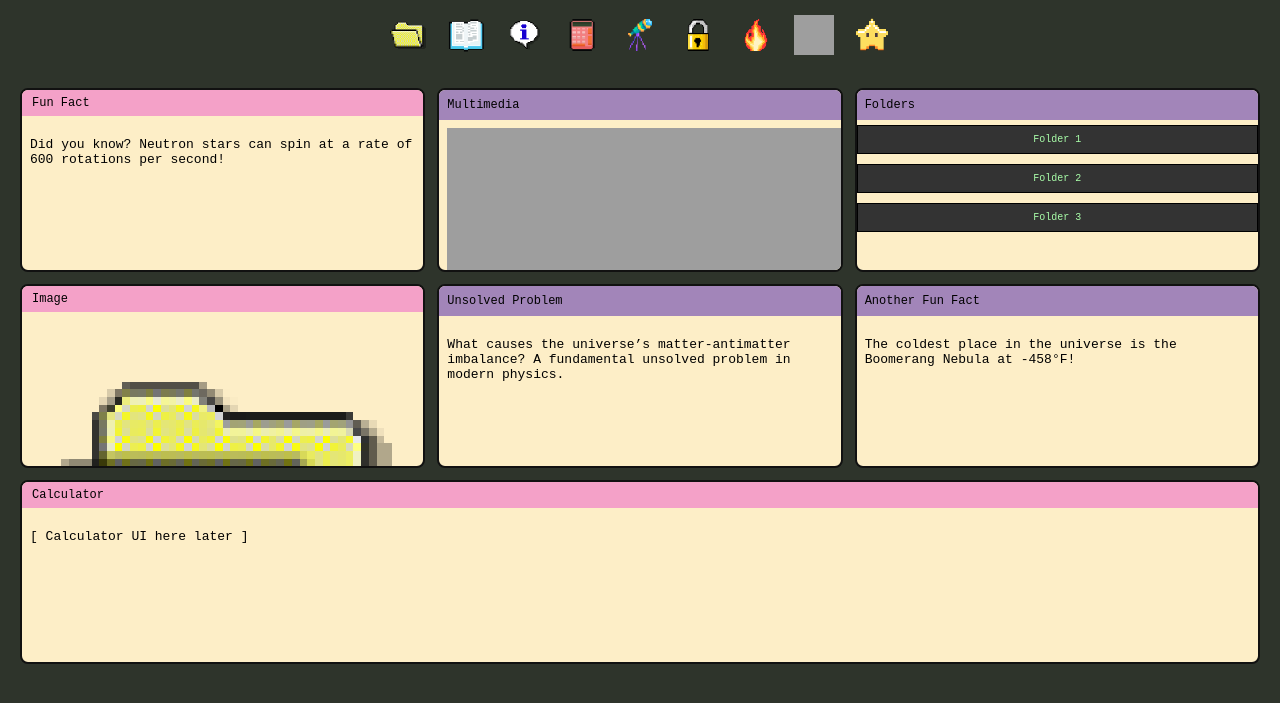
Repository: scarfer14/CCPHYS2L_Project
Page: /dashboard
These files come from the project's save history. The page is drawn as it stood at one moment and after a run of saves; the edit follows.
The browser window is 1280 px wide. The pictures show the whole page.
Pictures or frames that could not be fetched are drawn as grey boxes. The project was rebuilt for these pictures with package versions that can differ from the ones it lists, and the page was loaded fresh each time. Also part of the build but not shown: vite.config.js, src/astartsc/start.jsx.

Above is the page before, as saved 2025-05-29 00:02:05.

### index.html
<!doctype html>
<html lang="en">
  <head>
    <meta charset="UTF-8" />
    <link rel="icon" type="image/svg+xml" href="/gal.png" />
    <meta name="viewport" content="width=device-width, initial-scale=1.0" />
    <title>Physics Blast</title>
  </head>
  <link href="https://fonts.googleapis.com/css2?family=Orbitron:wght@500&family=Press+Start+2P&display=swap" rel="stylesheet">
  <body>
    <div id="root"></div>
    <script type="module" src="/src/main.jsx"></script>
  </body>
</html>

### src/index.css
:root {
  font-family: 'Press Start 2P', monospace;
  background-color: #2e342b;
  margin: 0;
  padding: 0;
  box-sizing: border-box;
}

body, html {
  margin: 0;
  padding: 0;
  width: 100%;
  height: 100%;
}

### src/App.jsx
import React from 'react';
import { BrowserRouter as Router, Routes, Route } from 'react-router-dom';

import Start from './astartsc/start';
import Dash from './bdashsc/dashnavbar';
import Dashbody from './bdashsc/dashbody';

function Unlock() {
  return (
    <div>
      <Start />
    </div>
  );
}

function Dashboard() {
  return (
    <div>
      <Dash />
      <Dashbody />
    </div>
  );
}

function App() {
  return (
    <Router>
      <Routes>
        <Route path="/" element={<Unlock />} />
        <Route path="/unlock" element={<Unlock />} />
        <Route path="/dashboard" element={<Dashboard />} />
      </Routes>
    </Router>
  );
}

export default App;

### src/bdashsc/dashnavbar.jsx
import React from 'react';
import { useNavigate } from 'react-router-dom';
import './dashnavbar.css';

const icons = [
  'folder', 'book', 'email', 'calc', 'cat',
  'lock', 'fire', 'info', 'star'
];

export default function DashNavbar() {
  return (
    <div className="dash-navbar">
      {icons.map((icon, index) => (
        <button key={index} className="icon-button" title={icon}>
          <img src={`/assets/icons/${icon}.png`} alt={icon} />
        </button>
      ))}
    </div>
  );
}

### src/bdashsc/dashbody.jsx
import React from 'react';
import './dashbody.css';

export default function DashBody() {
  return (
    <div className="dashboard-content">

      <div className="tab fun-fact">
        <div className="tab-header">Fun Fact</div>
        <p>Did you know? Neutron stars can spin at a rate of 600 rotations per second!</p>
      </div>

      <div className="tab multimedia">
        <div className="tab-header1">Multimedia</div>
        <iframe
          src="https://www.youtube.com/embed/pSHVbLPWA28"
          title="Physics Video"
          allowFullScreen
        ></iframe>
      </div>

      <div className="tab folders">
        <div className="tab-header1">Folders</div>
        <button>Folder 1</button>
        <button>Folder 2</button>
        <button>Folder 3</button>
      </div>

      <div className="tab image">
        <div className="tab-header">Image</div>
        <img src="/assets/icons/folder.png" alt="Sample" />
      </div>

      <div className="tab physics-problem">
        <div className="tab-header1">Unsolved Problem</div>
        <p>
          What causes the universe’s matter-antimatter imbalance? A fundamental unsolved problem in modern physics.
        </p>
      </div>

      <div className="tab fun-fact-2">
        <div className="tab-header1">Another Fun Fact</div>
        <p>The coldest place in the universe is the Boomerang Nebula at -458°F!</p>
      </div>

      <div className="tab calculator">
        <div className="tab-header">Calculator</div>
        <p>[ Calculator UI here later ]</p>
      </div>

    </div>
  );
}

### src/astartsc/start.css
/* Import pixel font */
@import url('https://fonts.googleapis.com/css2?family=Press+Start+2P&display=swap');

body {
  margin: 0;
  background: #2e342b;
  font-family: 'Press Start 2P', monospace;
}

/* Fullscreen CRT screen */
.screen {
  width: 100vw;
  height: 100vh;
  background-color: #2e342b;
  padding: 40px; /* simulates the border spacing */
  display: flex;
  flex-direction: column;
  align-items: center;
  justify-content: center;
  box-shadow:
    0 0 60px 20px rgba(0, 0, 0, 0.6),         /* outer soft black glow */
    inset 0 0 200px rgba(0, 0, 0, 0.9),       /* deep vignette */
    inset 0 0 80px rgba(0, 0, 0, 0.7);        /* soft black inner edge */
  position: relative;
  text-align: center;
  box-sizing: border-box;
  overflow: hidden;
  border-radius: 12px; /* Optional CRT curve */
}

/* Text styling */
.welcome {
  color: #99ff99;
  margin-bottom: 10px;
  font-size: 20px;
  margin-bottom: 25px;
}

.title {
  color: #99ff99;
  font-size: 80px;
  line-height: 1.2;
  margin-bottom: 20px;
}

/* Retro button */
.unlock-btn {
  font-size: 15px;
  background-color: transparent;
  color: #aaffaa;
  border: 1px solid #aaffaa;
  padding: 6px 12px;
  cursor: pointer;
  margin-top: 100px;
  animation: blink 1s infinite alternate;
  font-family: 'Press Start 2P', monospace;
}

.unlock-btn:hover {
  background-color: #333;
}

@keyframes blink {
  from { opacity: 5; }
  to { opacity: 0.4; }
}

### src/bdashsc/dashnavbar.css
.dash-navbar {
  background-color: #2e342b;
  padding: 6px 10px;
  display: flex;
  justify-content: center; /* Centers the icons horizontally */
  gap: 10px;
  align-items: center;
}

.icon-button {
  background: transparent;
  border: transparent;
  padding: 4px;
  cursor: pointer;
  transition: transform 0.1s ease-in-out;
}

.icon-button:hover {
  transform: scale(1.1);
  filter: brightness(1.3);
}

.icon-button img {
  margin-top: 5px;
  width: 40px;
  height: 40px;
  image-rendering: pixelated; /* keeps pixel art look */
}

### src/bdashsc/dashbody.css

.dashboard-content {
  display: flex;
  flex-wrap: wrap;
  justify-content: center;
  padding: 20px;
  gap: 12px;

}

.tab {
  background-color: #fdeec7;
  border: 2px solid #111;
  color: #000000;
  font-family: monospace;
  padding: 0;
  flex: 1 1 28%;
  min-width: 250px;
  height: 180px;
  overflow: hidden;
  border-radius: 8px;
  display: flex;
  flex-direction: column;
}

.tab-header {
  background-color: #f4a1c8;
  color: #000000;
  padding: 6px 10px;
  font-size: 12px;
  text-align: left;
}

.tab > *:not(.tab-header) {
  padding: 8px;
}

.tab-header1 {
  background-color: #a285b9;
  color: #000000;
  padding: 6px 10px;
  font-size: 12px;
  text-align: left;
}

/* Tab-specific styles */
.multimedia iframe {
  width: 100%;
  height: 100%;
  border: none;
}

.folders button {
  display: block;
  margin: 5px 0;
  width: 100%;
  background: #333;
  border: 1px solid #000000;
  color: #aaffaa;
  padding: 6px;
  font-size: 10px;
  cursor: pointer;
  font-family: monospace;
}

.image img {
  width: auto;
  height: auto;
  image-rendering: pixelated;
}

Loaded but not shown: src/main.jsx (common file)

After the next 2 saves:
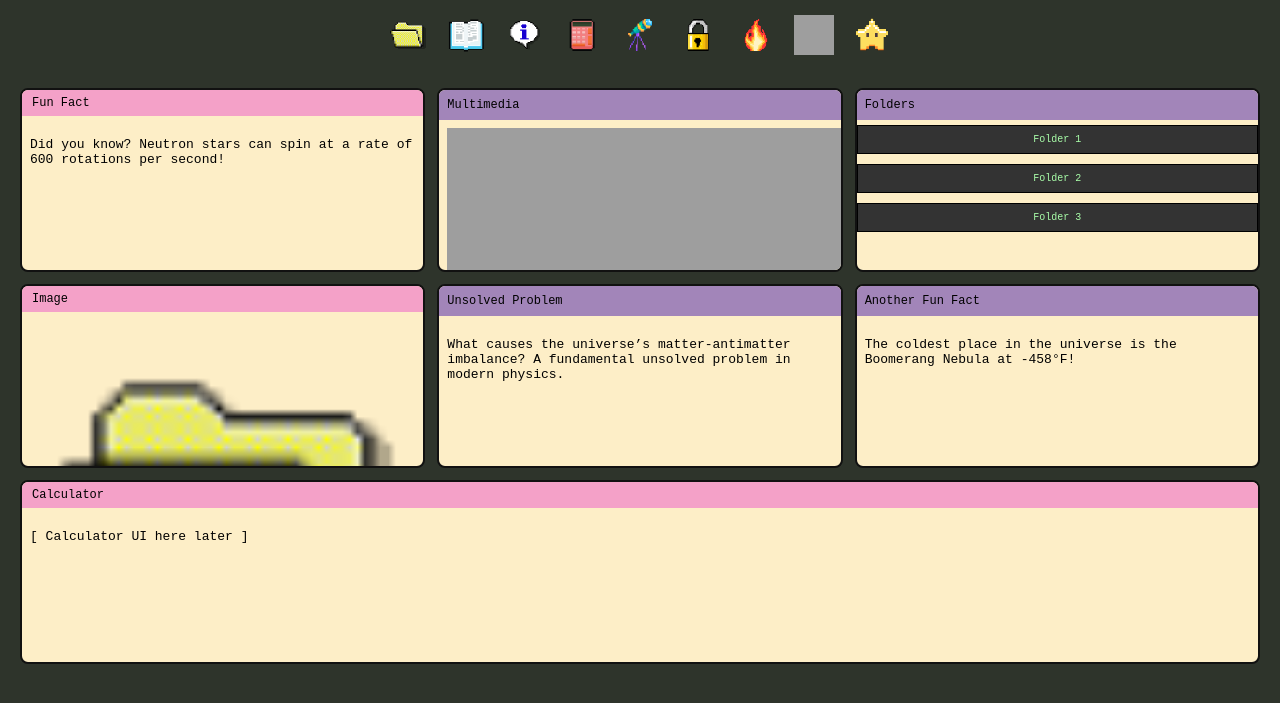
The 2 saves are shown as one change because they came seconds apart.
The last was saved 29 s later.
--- a/src/bdashsc/dashbody.css
+++ b/src/bdashsc/dashbody.css
@@ -63,7 +63,7 @@
   font-family: monospace;
 }
 
-.image img {
+.Father of Physics img {
   width: auto;
   height: auto;
   image-rendering: pixelated;

After the 2 saves that followed:
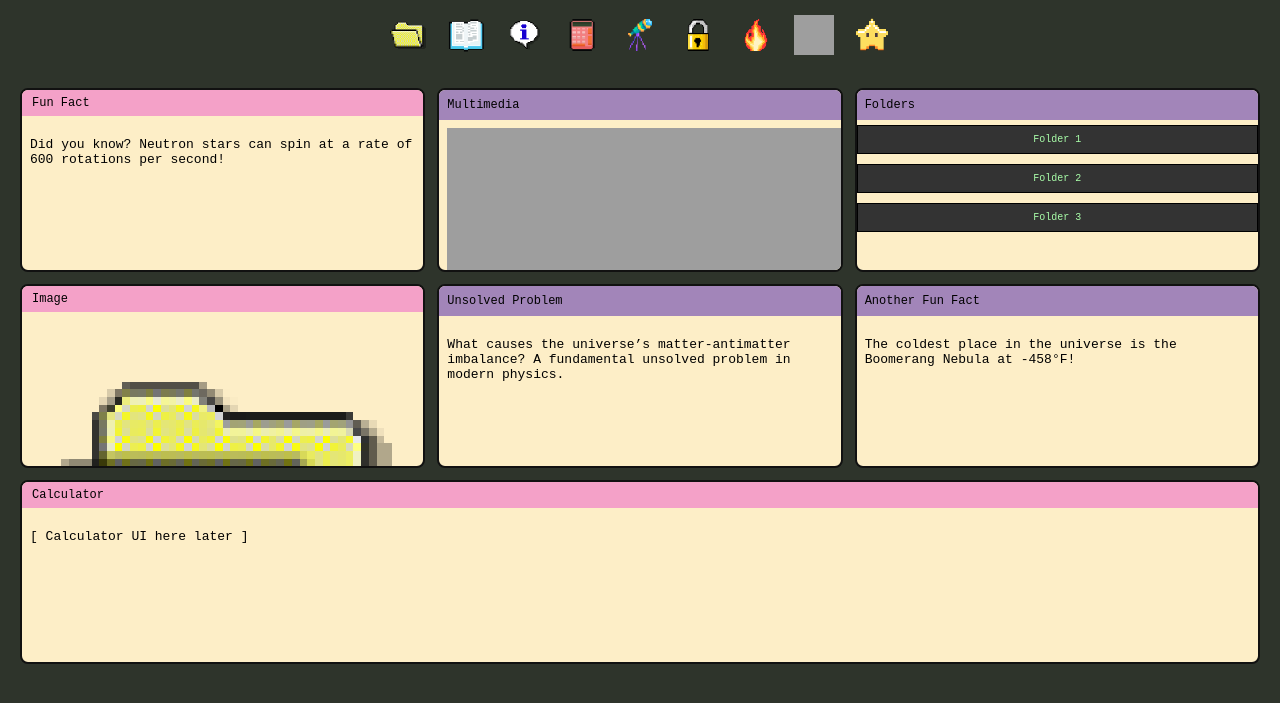
The 2 saves are shown as one change because they came seconds apart.
The last was saved 25 s later.
--- a/src/bdashsc/dashbody.css
+++ b/src/bdashsc/dashbody.css
@@ -63,7 +63,7 @@
   font-family: monospace;
 }
 
-.Father of Physics img {
+.image img {
   width: auto;
   height: auto;
   image-rendering: pixelated;
